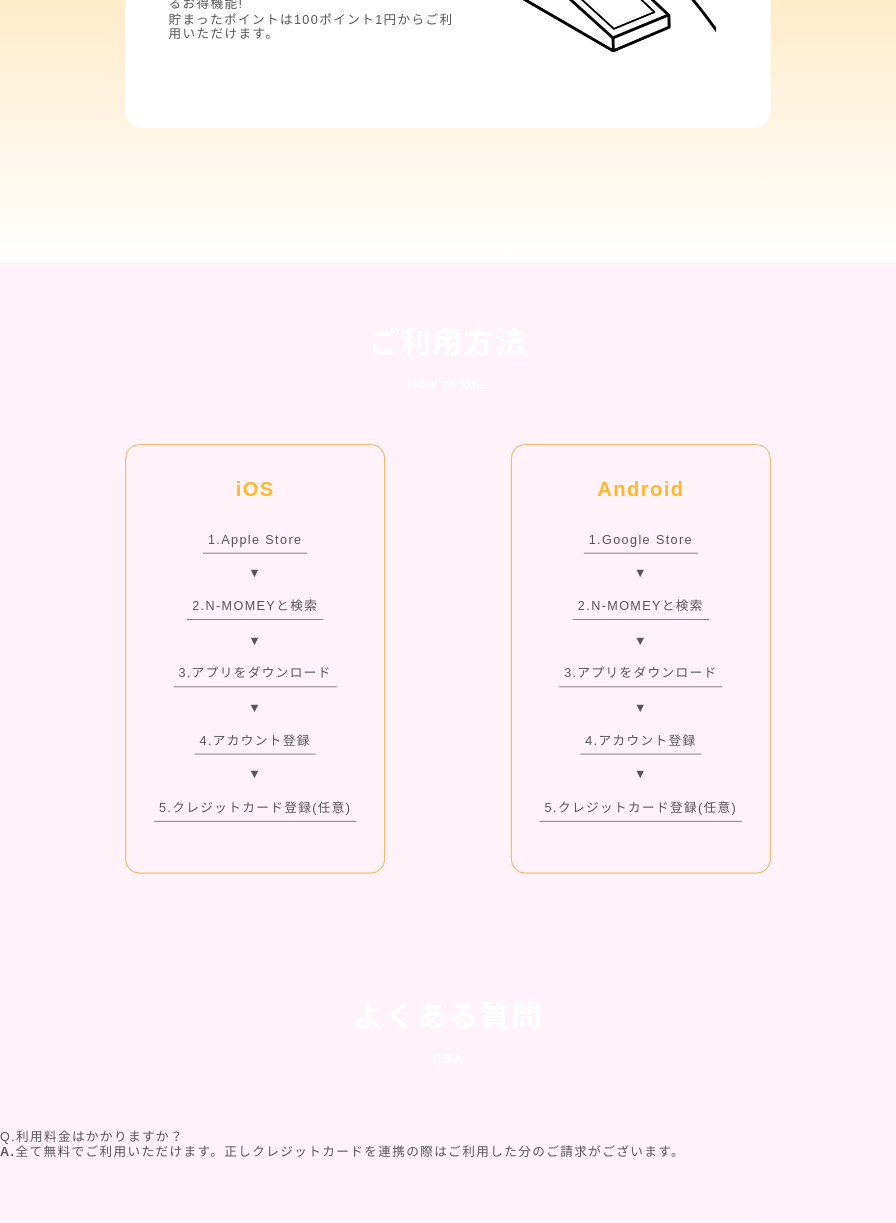
Repository: nozomi-23/lp2_test
Page: index.html
The author's editor kept a copy of each file at every save. The page is drawn from the files as they stood at one save, then again after the next save.
The browser window is 1280 px wide. The pictures show the part of the page from y = 2804 to 4724 px (the page is 4551 px tall before and 4724 px after), at 70% of full size.
Some web fonts or font styles are not loaded; a fallback is used.

Above is the page before, as saved 2022-06-18 15:59:17.

### index.html
<!DOCTYPE html>
<html lang="ja">
<head>
  <meta charset="UTF-8">
  <title>家計簿アプリ「N-MONEY」</title>
  <meta name="description" content="「人生をコードと共に」というビジョンを達成するべく、皆さんのプログラミング学習をサポートします。">
  <meta name="keywords" content="家計簿,アプリ,おすすめ">
  <meta name="viewport" content="width=device-width, initial-scale=1.0">
  <meta property="og:title" content="家計簿アプリ「N-MONEY」">
  <meta property="og:type" content="article">
  <meta property="og:url" content="https://withcode-plus.tech">
  <meta property="og:image" content="img/logo.png">
  <meta property="og:description" content="カンタン家計簿アプリ 「N-MONEY」でお得に楽に家計管理。">
  <meta property="og:site_name" content="家計簿アプリ">
  <link rel="icon" href="favicon.ico">
  <link rel="apple-touch-icon" sizes="180x180" href="img/logo.png">
  <link rel="preconnect" href="https://fonts.googleapis.com">
  <link rel="preconnect" href="https://fonts.gstatic.com" crossorigin>
  <link
    href="https://fonts.googleapis.com/css2?family=M+PLUS+1p:wght@400;500;700&family=Noto+Sans+JP:wght@400;500&display=swap"
    rel="stylesheet">
  <link rel="stylesheet" type="text/css" href="css/reset.css">
  <link rel="stylesheet" type="text/css" href="css/common.css">
</head>
<body>
  <!-- ========== header -->
  <header>
    <div class="header_inner">
      <h1 class="header_logo">
        <a href="#"><img src="img/logo.png" alt="ロゴ画像"></a>
      </h1>
      <nav class="header_nav">
        <ul class="header_list">
          <li class="header_item">
            <a href="#introduction">アプリ紹介</a>
          </li>
          <li class="header_item">
            <a href="#how">ご利用方法</a>
          </li>
          <li class="header_item">
            <a href="#fqa">よくある質問</a>
          </li>
          <li class="header_item">
            <a href="#news">お知らせ</a>
          </li>
          <li class="header_item heder_btn">
            <a href="#contact">お問い合わせ</a>
          </li>
        </ul>
      </nav>
      <div class="drawer"></div>
    </div>
  </header>
  <!-- ========== top -->
  <section class="top_section">
    <div class="inner">
      <div class="top_wrapper">
        <div class="top_left">
          <h2 class="title">
            <p>〜 簡単家計簿アプリ 〜</p><br>
            <span>N-MONEY Mobile</span>
          </h2>
          <div class="download">
            <div class="download_apple">
              <a href="https://www.apple.com/jp/app-store/">
                <img src="img/apple.png" alt="Apple Store">
              </a>
            </div>
            <div class="download_google">
              <a href="https://play.google.com/store/apps?hl=ja&gl=US">
                <img src="img/google.png" alt="Google Store">
              </a>
            </div>
          </div>
        </div>
        <div class="top_right">
          <img src="img/top.png" alt="トップ画像">
        </div>
      </div>
    </div>
  </section>
    <!-- ========== feature -->
    <div class="inner">

      <div class="feature_txt">
        <h3 class="feature_ttl">家でも外でもラクラク管理<br>
        N-MOMEY Mobileとは</h3>
        <p>N-MOMEY
        Mobileとはご自宅でも外出先でも簡単に家計を管理できるサービスです。カテゴリ別の支出、予算管理だけでなくクレジットカードの連結により、レジでのお支払い・支出管理を自動で更新してくれます。予算に対してのお知らせ機能で使いすぎを防ぎます。めんどくさい計算・管理はN-MOMEY
        Mobileにおまかせください!</p>
      </div>

    </div>
<!-- ========== Introduction -->
<section class="intro section" id="introduction">
  <div class="inner">
    <h4 class="common_ttl">アプリ紹介<br><small>Introduction</small></h4>
    <div class="intro_wrapper">
      <div class="intro_wrapper_left">
        <h5 class="intro_txt"><strong>STEP.1</strong><br>
          いつでもどこでもカンタン管理！</h5>
          <p>レシートの管理が大変・・<br>
          いつ支払ったか忘れてしまった・・<br>
          そんなお悩みをすぐに解決します！支払ったらスマホにすぐ記入、カンタンな操作でカテゴリや日付の管理でめんどくさい家計管理のお手伝いをします。</p>
      </div>
      <div class="intro_wrapper_right">
        <img src="img/step1.png" alt="スマートフォンの画像">
      </div>
    </div>
    <div class="intro_wrapper intro_wrapper_revers">
      <div class="intro_wrapper_left ">
        <h5 class="intro_txt"><strong>STEP.2</strong><br>
          お知らせ機能で節約上手！</h5>
        <p>予算を登録していただくと自動で計算し残高をお知らせ致します。お得なクーポンや節約コラムなども掲載しているのでどんどん活用して節約上手になっちゃいましょう！ご自身の節約術などもコミュニティにアップできます！
          </p>
      </div>
      <div class="intro_wrapper_right">
        <img src="img/step2.png" alt="スマートフォンの画像">
      </div>
    </div>
    <div class="intro_wrapper">
      <div class="intro_wrapper_left">
        <h5 class="intro_txt"><strong>STEP.3</strong><br>
          スマートフォン決済も！</h5>
        <p>クレジットカードと連携していただけるとアプリ一つで決済から家計簿への記入まで一括でおこなえます。
        N-MOMEYポイントも貯まるお得機能!<br>
        貯まったポイントは100ポイント1円からご利用いただけます。</p>
      </div>
      <div class="intro_wrapper_right">
        <img src="img/step3.png" alt="スマートフォンの画像">
      </div>
    </div>
  </div>
</section>
<!-- ========== how -->
<section class="how section" id="how">
  <div class="inner">
    <h4 class="common_ttl">ご利用方法<br><small>How to Use</small></h4>
    <div class="how_wrapper">
      <div class="how_wrapper_item">
        <h5>iOS</h5>
        <ul class="how_list">
          <li>1.Apple Store</li>
          <p>▼</p>
          <li>2.N-MOMEYと検索</li>
          <p>▼</p>
          <li>3.アプリをダウンロード</li>
          <p>▼</p>
          <li>4.アカウント登録</li>
          <p>▼</p>
          <li>5.クレジットカード登録(任意)</li>
        </ul>
      </div>
      <div class="how_wrapper_item">
        <h5>Android</h5>
        <ul class="how_list">
          <li>1.Google Store</li>
          <p>▼</p>
          <li>2.N-MOMEYと検索</li>
          <p>▼</p>
          <li>3.アプリをダウンロード</li>
          <p>▼</p>
          <li>4.アカウント登録</li>
          <p>▼</p>
          <li>5.クレジットカード登録(任意)</li>
        </ul>
      </div>
    </div>
  </div>
</section>
<!-- ========== fqa -->
<section class="fqa section" id="fqa">
  <div class="fqa_wrapper">
    <h4 class="common_ttl">よくある質問<br><small>Q&A</small></h4>
    <ul class="faq_txt">
      <li>Q.利用料金はかかりますか？</li>
      <p><strong>A.</strong>全て無料でご利用いただけます。正しクレジットカードを連携の際はご利用した分のご請求がございます。</p>
    </ul>
  </div>
</section>
</body>
</html>

### css/reset.css
@charset "UTF-8";

html,
body,
div,
span,
object,
iframe,
h1,
h2,
h3,
h4,
h5,
h6,
p,
blockquote,
pre,
abbr,
address,
cite,
code,
del,
dfn,
em,
img,
ins,
kbd,
q,
samp,
small,
strong,
sub,
sup,
var,
b,
i,
dl,
dt,
dd,
ol,
ul,
li,
fieldset,
form,
label,
legend,
table,
caption,
tbody,
tfoot,
thead,
tr,
th,
td,
article,
aside,
canvas,
details,
figcaption,
figure,
footer,
header,
hgroup,
menu,
nav,
section,
summary,
time,
mark,
audio,
video {
  margin: 0;
  padding: 0;
  border: 0;
  outline: 0;
  font-size: 100%;
  vertical-align: baseline;
  background: transparent;
}

body {
  line-height: 1;
}

article,
aside,
details,
figcaption,
figure,
footer,
header,
hgroup,
menu,
nav,
section {
  display: block;
}

nav ul {
  list-style: none;
}

blockquote,
q {
  quotes: none;
}

blockquote:before,
blockquote:after,
q:before,
q:after {
  content: '';
  content: none;
}

a {
  margin: 0;
  padding: 0;
  font-size: 100%;
  vertical-align: baseline;
  background: transparent;
}

/* change colours to suit your needs */
ins {
  background-color: #ff9;
  color: #000;
  text-decoration: none;
}

/* change colours to suit your needs */
mark {
  background-color: #ff9;
  color: #000;
  font-style: italic;
  font-weight: bold;
}

del {
  text-decoration: line-through;
}

abbr[title],
dfn[title] {
  border-bottom: 1px dotted;
  cursor: help;
}

table {
  border-collapse: collapse;
  border-spacing: 0;
}

/* change border colour to suit your needs */
hr {
  display: block;
  height: 1px;
  border: 0;
  border-top: 1px solid #cccccc;
  margin: 1em 0;
  padding: 0;
}

input,
select {
  vertical-align: middle;
}

### css/common.css
@charset "UTF-8";

body {
  font-size: 18px;
  line-height: 1.2;
  letter-spacing: 2px;
  word-break: break-all;
  color: #555;
  font-family: 'M PLUS 1p', sans-serif ,
  'Noto Sans JP', sans-serif;
}
li {
  list-style: none;
}
a {
  text-decoration: none;
  color: #333;
}
/* ===================
共通レイアウト
======================*/
.section {
  padding: 7% 0;
  position: relative;
  background-color: rgba(255, 105, 180, 0.085);
}
.inner {
  width: 80%;
  margin: 0 auto;
  /* background-color: rgb(221, 240, 240); */
}
/* ===================
共通パーツ
======================*/
.common_ttl {
  text-align: center;
  color: #5A5757;
  font-size: 2.7rem;
  margin-bottom: 6.5%;
}
.common_ttl small {
  font-size: 1.1rem;
}

/* ===================
header
======================*/
.header_inner {
  width: 90%;
  height: 15vh;
  margin: 0 auto;
  display: flex;
  justify-content: space-between;
  align-items: center;
}
.header_logo {
  position: fixed;
  top: 1rem;
  z-index: 3;
}
.header_logo img {
  width: 100%;
  height: 100%;
}
.header_nav {
  margin-left: auto;
}
.header_list {
  display: flex;
  justify-content: flex-end;
  align-items: center;
}
.header_list li {
  margin-left: 1.8rem;
}
.header_list li a:hover {
  opacity: 0.5;
}
.heder_btn a{
  background: #FFB72B;
  color: #fff;
  line-height: 3;
  border-radius: 15px;
  display: inline-block;
  padding: 0 1.8rem;
}
/* ===================
top
======================*/
.top_wrapper {
  margin-top: 10%;
  height: auto;
  display: flex;
  justify-content: space-evenly;
  align-items: center;
}
.top_left {
  text-align: center;
  width: 50%;
  height: auto;
}
.title p{
  font-size: 1.7rem;
  font-weight: 400;
  margin-bottom: 2%;
  color: #333;
}
.title span {
  font-size: 3.5rem;
  color: #FFB72B;
  font-weight: bold;
}
.download {
  display: flex;
  align-items: center;
  justify-content: space-evenly;
  margin-top: 10%;
}
.download_apple {
  width: 35%;
}
.download_apple img {
  width: 100%;
  height: 100%;
}
.download_google {
  width: 35%;
}
.download_google img {
  width: 100%;
  height: 100%;
}
.top_right {
  width: 42%;
  height: auto;
}
.top_right img {
  width: 100%;
  height: 100%;

}
/* ===================
feature
======================*/
.feature_txt {
  width: 90%;
  margin-bottom: 10%;
}
.feature_ttl {
  font-size: 1.9rem;
  color: #FFB72B;
  font-weight: 400;
  margin: 5% 0 2% 0;
  line-height: 1.5;
}
.feature_ttl::after {
  content: "";
  display: inline-block;
  width: 100px;
  height: 2px;
  background: #FFB72B;
  margin-left: 2%;
  vertical-align: middle;
}
.feature_txt p {
  color: #333;
}
/* ===================
Introduction
======================*/
.intro {
  background: linear-gradient(180deg, #FFAD23 27.08%, rgba(255, 173, 35, 0) 100%);
}
.common_ttl:first-child {
  color: #fff;
}
.intro_wrapper {
  width: 90%;
  height: 60vh;
  display: flex;
  align-items: center;
  justify-content: space-evenly;
  background: #fff;
  border-radius: 25px;
  margin: 0 auto;
  padding: 3% 0;
  margin-bottom: 10%;
}
.intro_wrapper_left {
  width: 45%;
  height: auto;
}
.intro_txt {
  font-size: 1.5rem;
  font-weight: 500;
  margin-bottom: 8%;
}
.intro_txt strong {
  font-weight: bold;
  color: #FFB72B;
  font-size: 1.8rem;
  margin-top: 1rem;
  line-height: 2;
}
.intro_wrapper_right {
width: 35%;
height: auto;
text-align: center;
}
.intro_wrapper_right img {
  max-width: 90%;

}
.intro_wrapper_revers {
  display: flex;
  flex-direction: row-reverse;
}
/* ===================
how
======================*/
.how_wrapper {
  width: 90%;
  margin: 0 auto;
  display: flex;
  justify-content: space-between;
}
.how_wrapper_item {
  width: 40%;
  text-align: center;
  border: 1px solid #EB9515;
  border-radius: 20px;
  padding: 5% 0 8% 0;
}
.how_wrapper_item h5{
  color: #FFB72B;
  font-size: 1.8rem;
  margin-bottom: 10%;
}
.how_list li {
  display: inline-block;
  padding: 2%;
  border-bottom: solid 1px #555;
}
.how_list p {
  margin: 5% 0;
}
/* ===================
fqa
======================*/

After the next save:
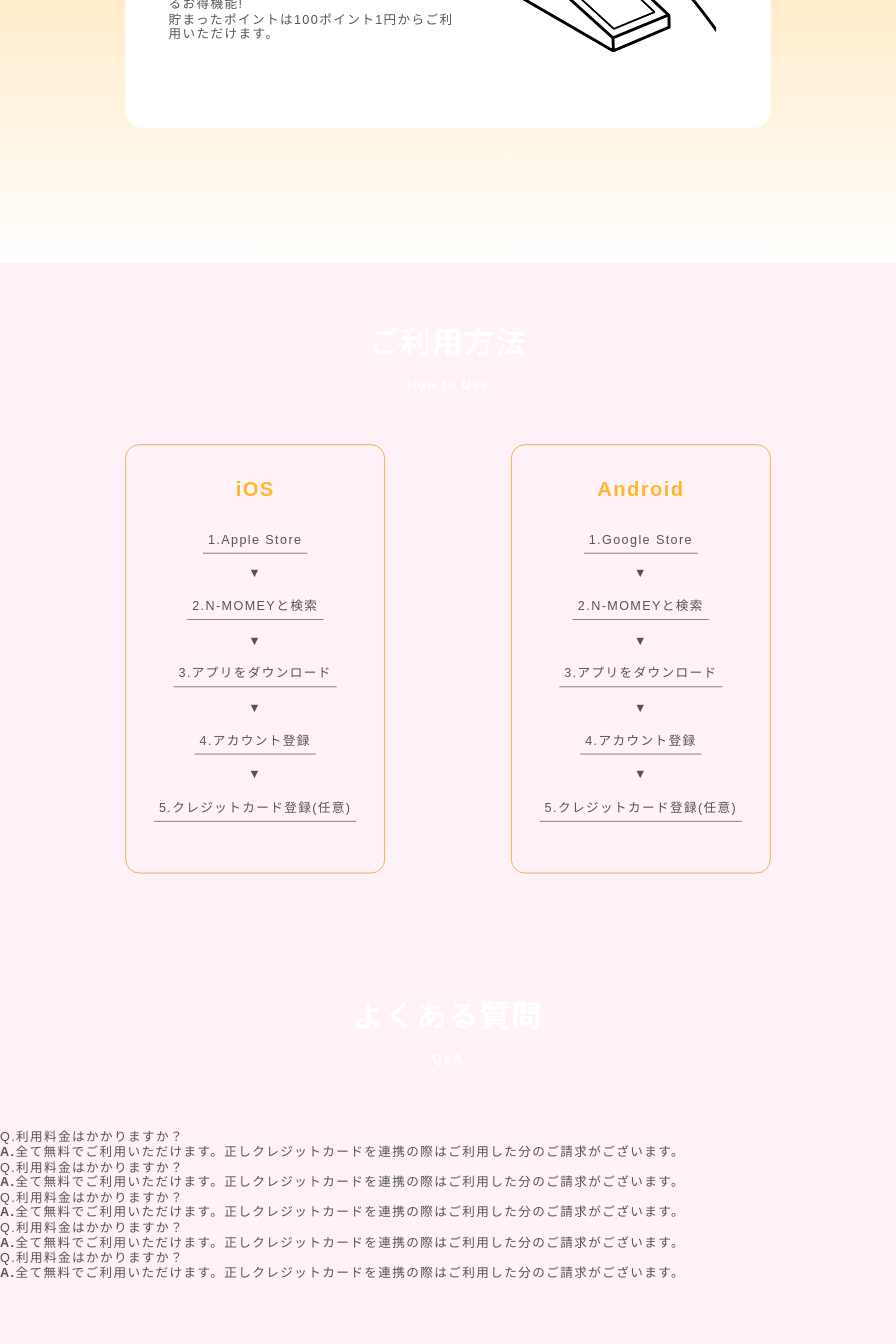
Saved 18 s later.
--- a/index.html
+++ b/index.html
@@ -175,6 +175,14 @@
     <ul class="faq_txt">
       <li>Q.利用料金はかかりますか？</li>
       <p><strong>A.</strong>全て無料でご利用いただけます。正しクレジットカードを連携の際はご利用した分のご請求がございます。</p>
+      <li>Q.利用料金はかかりますか？</li>
+      <p><strong>A.</strong>全て無料でご利用いただけます。正しクレジットカードを連携の際はご利用した分のご請求がございます。</p>
+      <li>Q.利用料金はかかりますか？</li>
+      <p><strong>A.</strong>全て無料でご利用いただけます。正しクレジットカードを連携の際はご利用した分のご請求がございます。</p>
+      <li>Q.利用料金はかかりますか？</li>
+      <p><strong>A.</strong>全て無料でご利用いただけます。正しクレジットカードを連携の際はご利用した分のご請求がございます。</p>
+      <li>Q.利用料金はかかりますか？</li>
+      <p><strong>A.</strong>全て無料でご利用いただけます。正しクレジットカードを連携の際はご利用した分のご請求がございます。</p>
     </ul>
   </div>
 </section>
